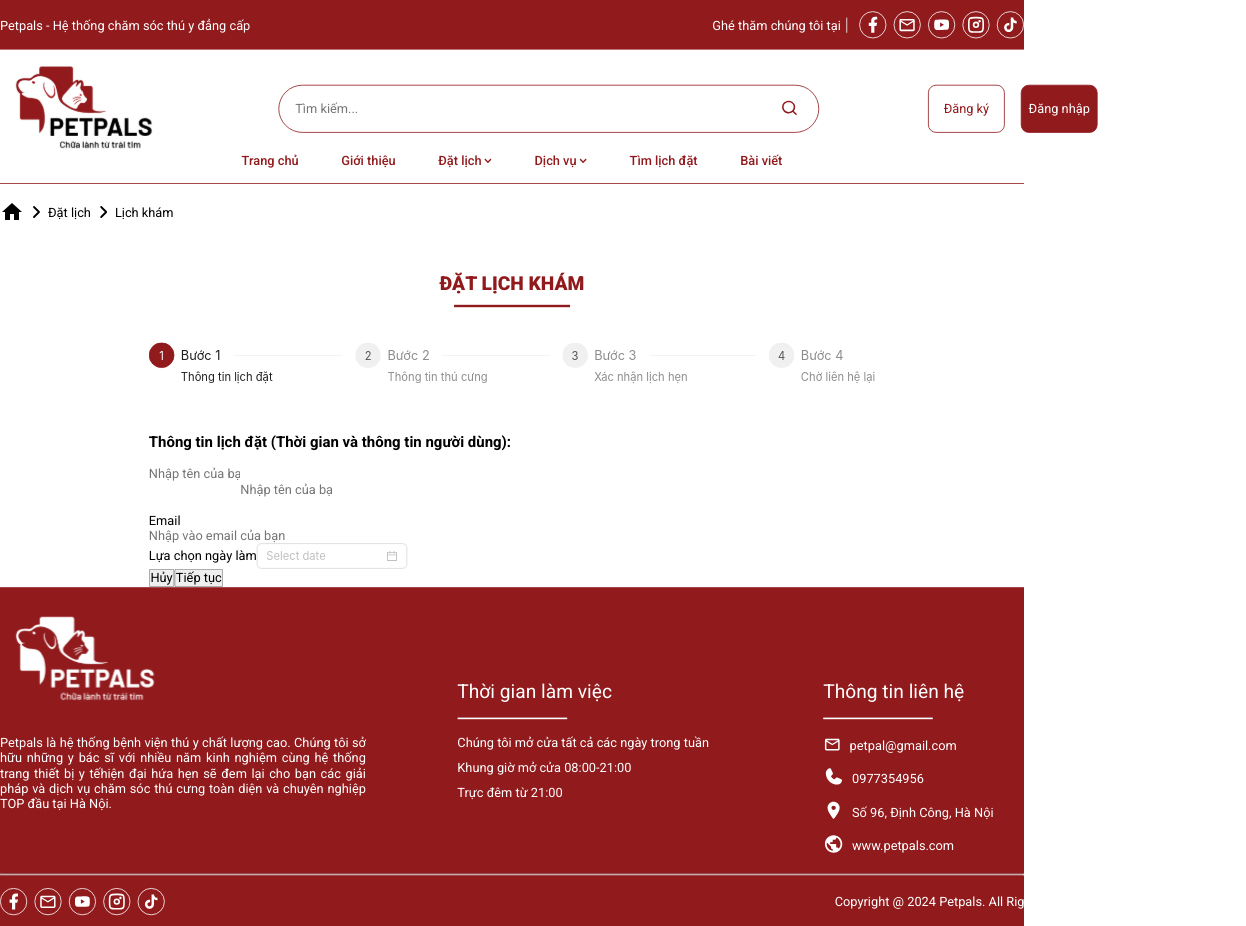
Repository: ahntrung1909/Petpals
Page: /dat-lich/kham-benh (app in petpals-user-main/)
The author's editor kept a copy of each file at every save. The page is drawn from the files as they stood at one save, then again after the next save.
The browser window is 1280 px wide. The page is 1558 px wide, so the pictures cover 1558 px, including what lies to the right of the window. The pictures show the whole page, at 80% of full size.
The project was rebuilt for these pictures with package versions that can differ from the ones it lists, and the page was loaded fresh each time. The framework's server and built-in components were replaced by stand-ins that run in the browser. Also part of the build but not shown: petpals-user-main/next.config.js, petpals-user-main/next.config.mjs.

Above is the page before, as saved 2024-04-10 22:47:36.

After the next save:
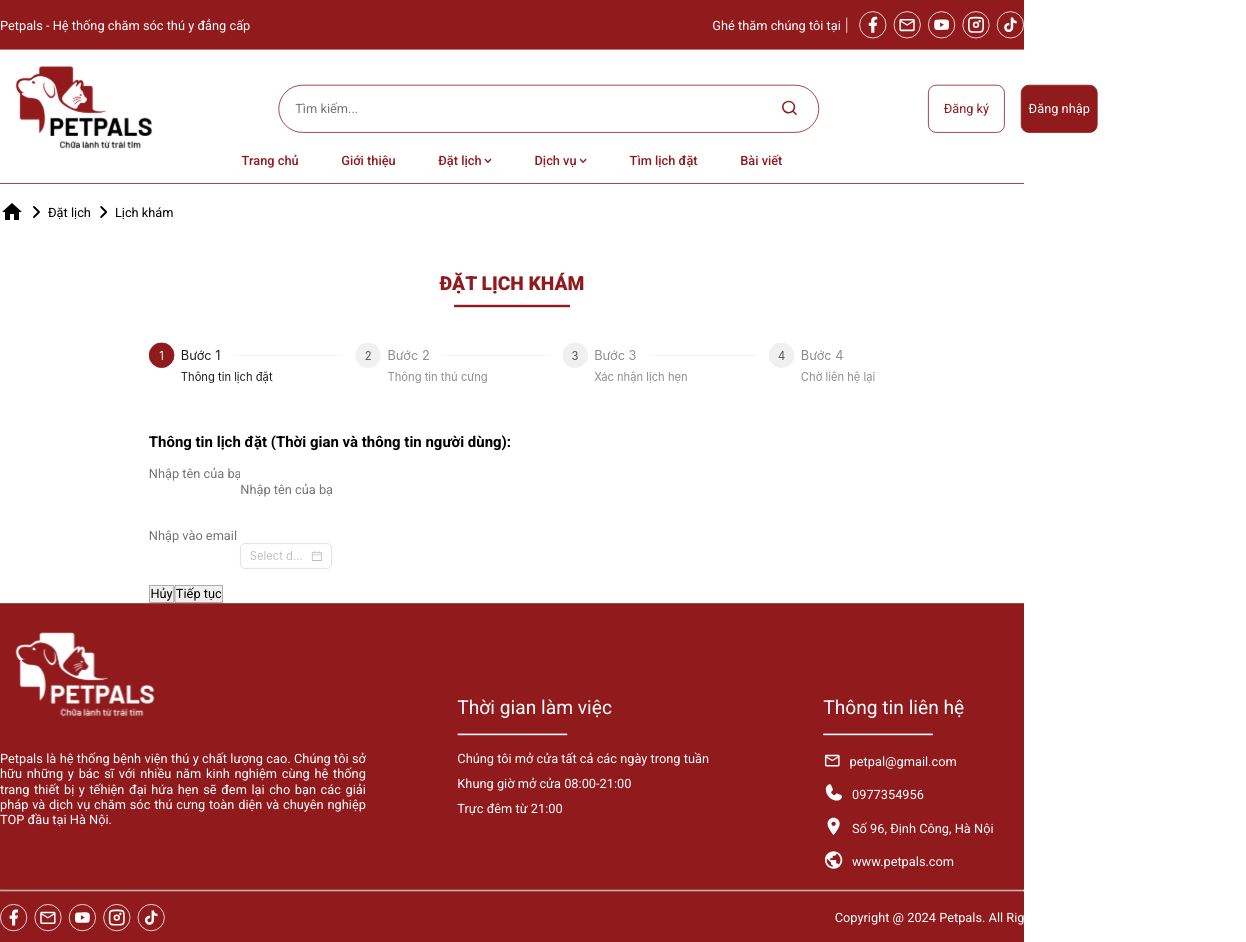
Saved 8 s later.
--- a/petpals-user-main/src/app/dat-lich/kham-benh/StepItem.js
+++ b/petpals-user-main/src/app/dat-lich/kham-benh/StepItem.js
@@ -27,13 +27,15 @@ export default function StepItem({ step }) {
             <input type="text" placeholder="Nhập tên của bạn" />
           </div>
         </div>
-        <div className="input-group">
-          <label htmlFor="">Email</label>
-          <input type="text" placeholder="Nhập vào email của bạn" />
-        </div>
-        <div className="input-group">
-          <label htmlFor="">Lựa chọn ngày làm</label>
-          <DatePicker onChange={() => {}} disabledDate={disabledDate} />
+        <div className="row">
+          <div className="input-group">
+            <label htmlFor="">Email</label>
+            <input type="text" placeholder="Nhập vào email của bạn" />
+          </div>
+          <div className="input-group">
+            <label htmlFor="">Lựa chọn ngày làm</label>
+            <DatePicker onChange={() => {}} disabledDate={disabledDate} />
+          </div>
         </div>
       </form>
     );
